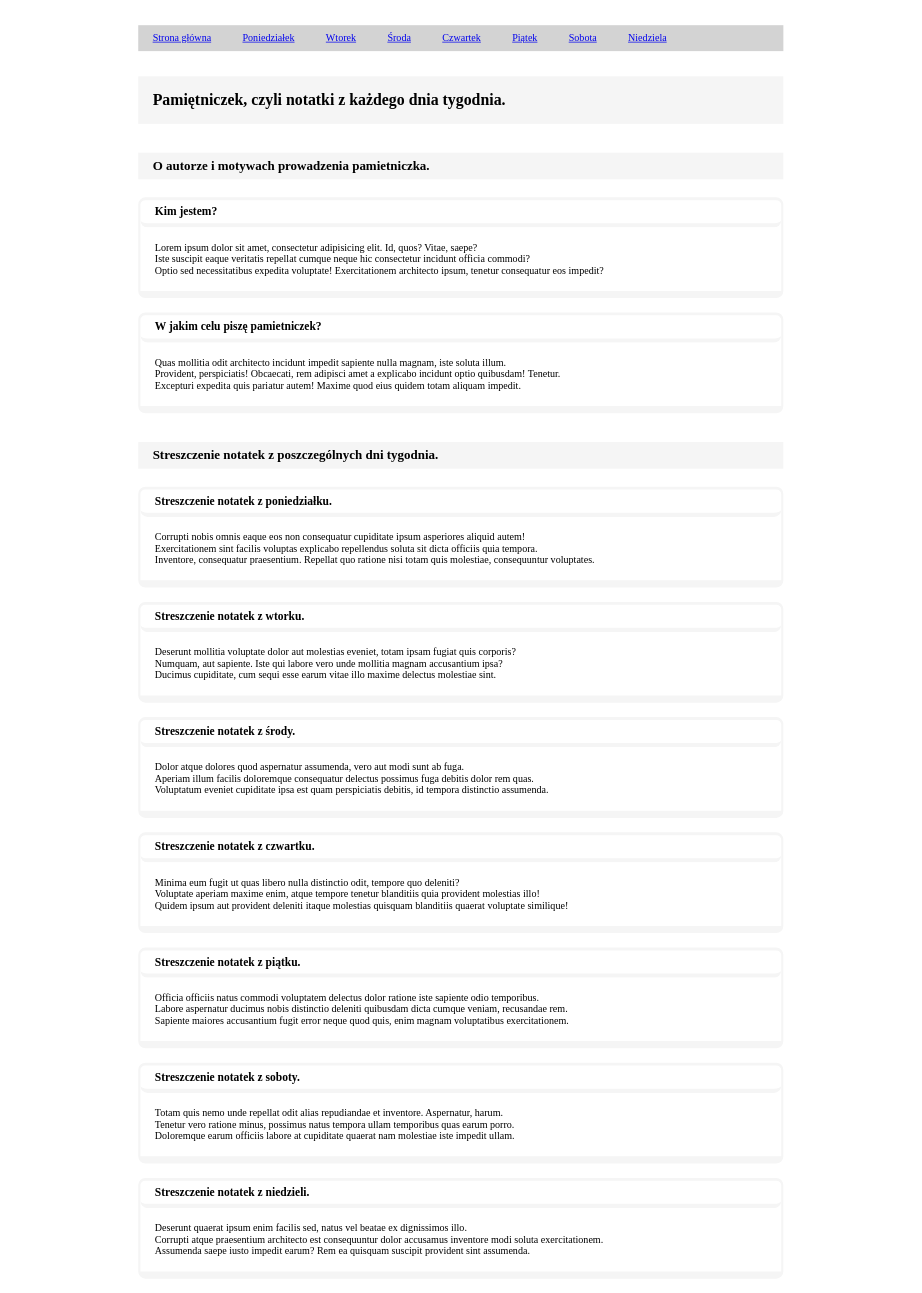
Repository: ArturNatwora/hompage
Page: index.html
These files come from the project's save history. The page is drawn as it stood at one moment and after the next save; the edit follows.
The browser window is 1280 px wide. The pictures show the whole page, at 72% of full size.

Above is the page before, as saved 2019-06-11 19:54:23.

After the next save:
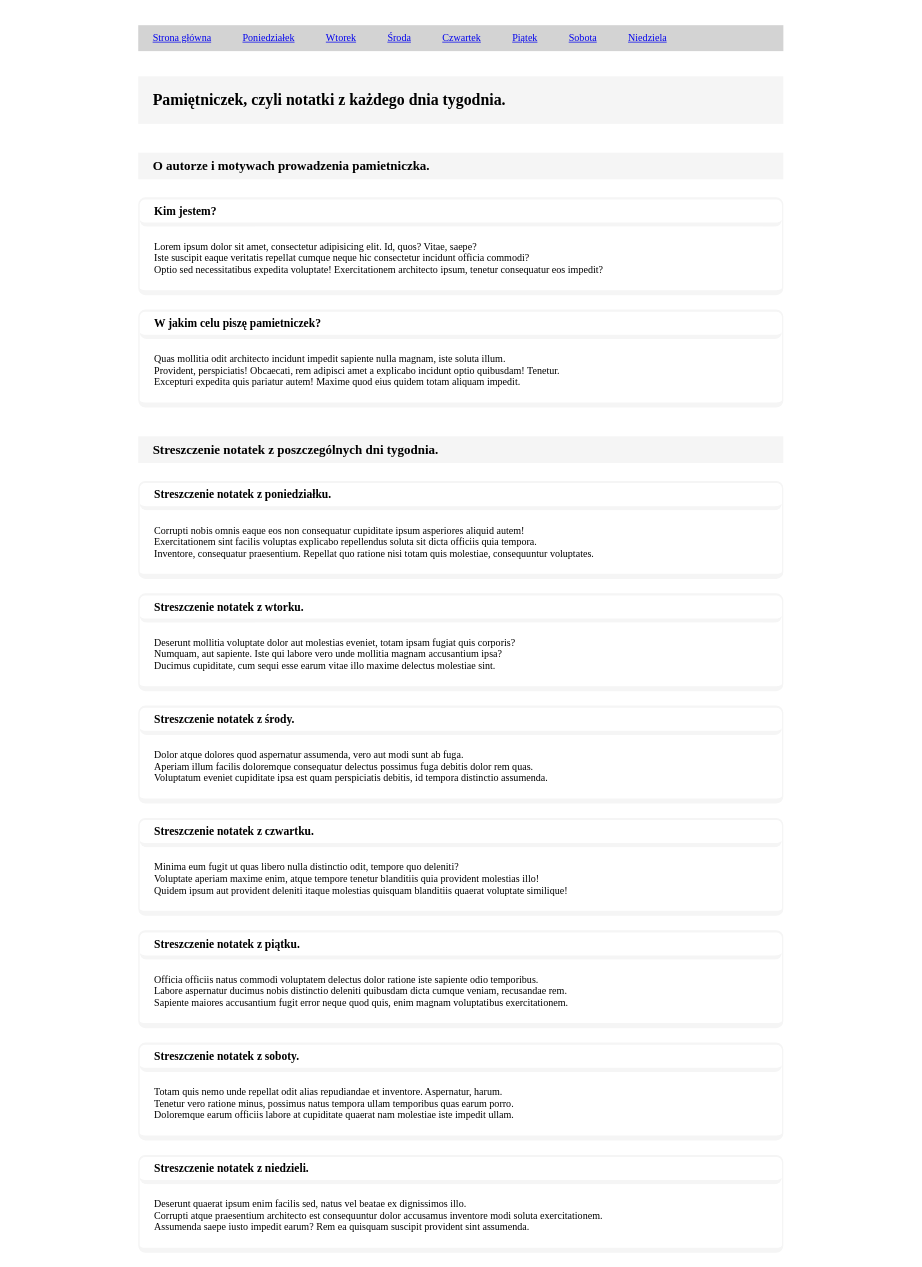
Saved 77 s later.
--- a/index.css
+++ b/index.css
@@ -67,7 +67,7 @@ body{
     display: block;
     margin:0 0 20px 0;
     padding:0 0 20px 0px;
-    border-width: 4px 3px 10px 3px ;
+    border-width: 3px 2px 7px 2px ;
     border-style: solid;
     border-color: whitesmoke;
     border-radius: 10px;
